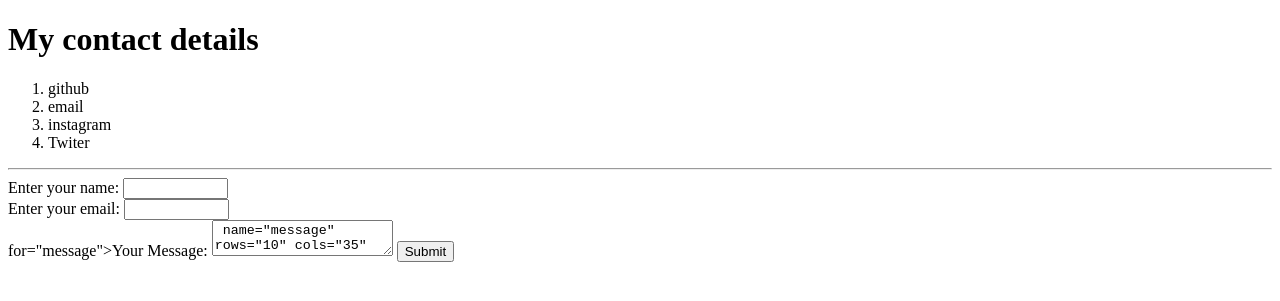
Repository: ew-code/Web-Development
Page: HTML - Personal Site/contact.html
The author's editor kept a copy of each file at every save. The page is drawn from the files as they stood at one save, then again after the next save.
The browser window is 1280 px wide. The pictures show the whole page.

Above is the page before, as saved 2021-01-04 23:59:54.

After the next save:
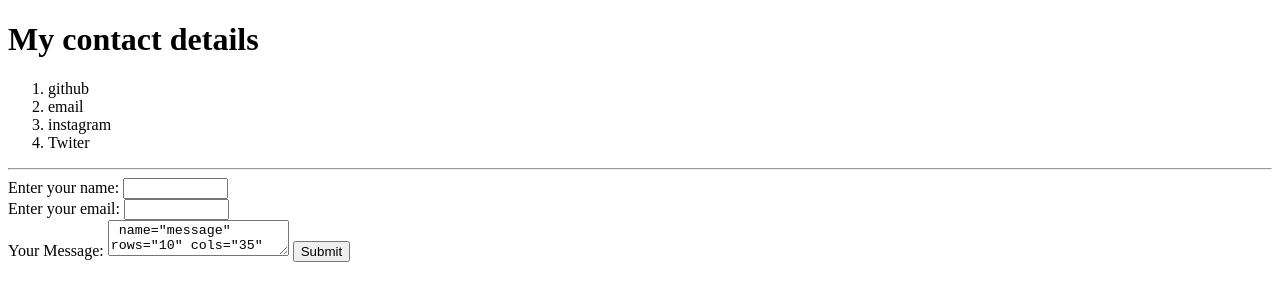
Saved 41 s later.
--- a/HTML - Personal Site/contact.html
+++ b/HTML - Personal Site/contact.html
@@ -22,7 +22,7 @@
     <input type="text" name="name" id="name" minlength="4" maxlength="50" size="10"><br>
     <label for="email">Enter your email:</label>
     <input type="email" name="email" id="email" minlength="4" maxlength="50" size="10"><br>
-    <label> for="message">Your Message:</label>
+    <label>Your Message:</label>
     <textarea> name="message" rows="10" cols="35"</textarea>
     <input type="submit">
   </form>
